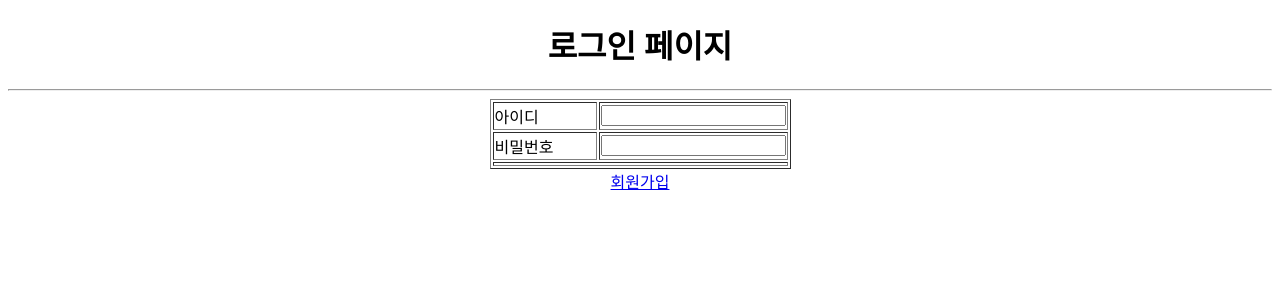
Repository: gunvv00/jsp
Page: http://localhost/DBtest/회원가입DB사용/Login.jsp
An editor plug-in stored every save of this project. The page is shown before and after the next save, followed by the edit.
The browser window is 1280 px wide. The pictures show the whole page.
The page is served by Tomcat 9.

Above is the page before, as saved 2020-04-24 03:50:30.

After the next save:
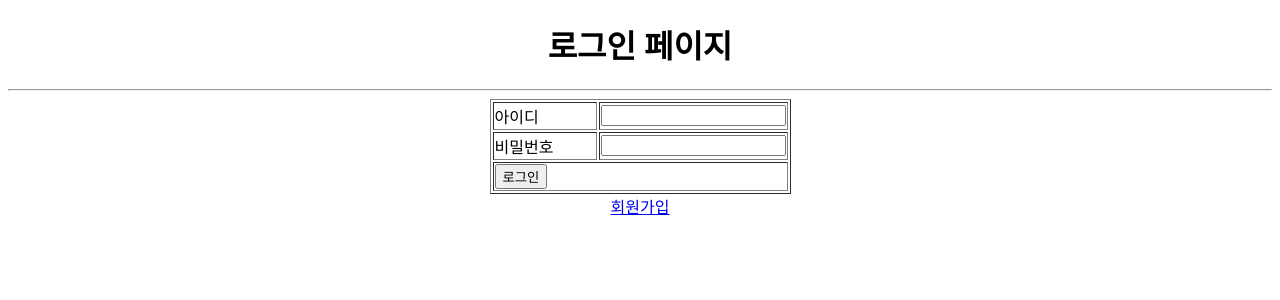
Saved 27 s later.
--- a/DBtest/WebContent/회원가입DB사용/Login.jsp
+++ b/DBtest/WebContent/회원가입DB사용/Login.jsp
@@ -32,7 +32,7 @@
 		<td><input type="password" name = passWord></td>
 	</tr>
 	<tr>
-		<td colspan="2"><a href="LoginProcess.jsp" type="submit" value = "로그인"></a></td>
+		<td colspan="2"><input type="submit" value="로그인"></a></td>
 	</tr>
 </table>
 <a href="JoinForm.jsp" type="submit">회원가입</a>
